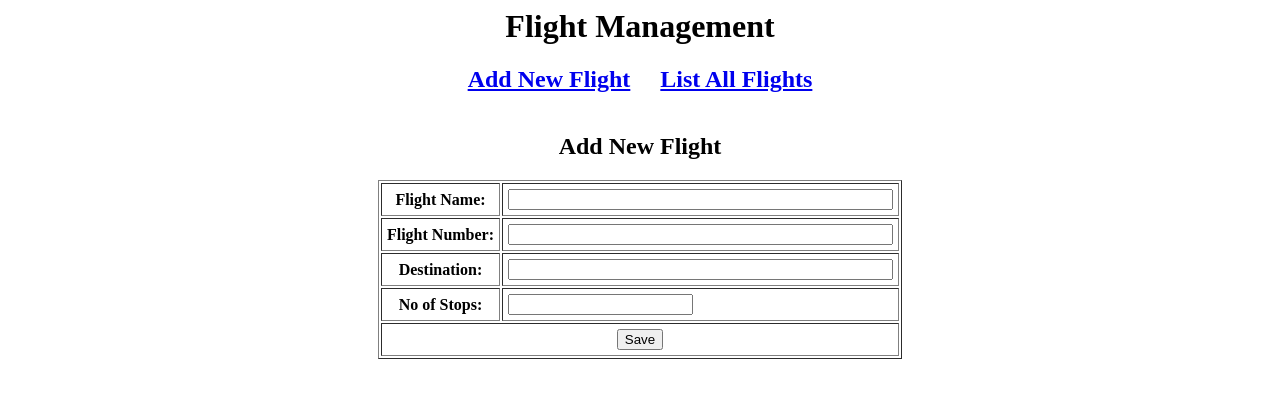
Repository: pawankas/Java_Mini_Project
Page: http://localhost/AirReservation/FlightForm.jsp
An editor plug-in stored every save of this project. The page is shown before and after the next save, followed by the edit.
The browser window is 1280 px wide. The pictures show the whole page.
The page is served by Tomcat 9. The template is opened directly, without the code that normally fills it, so the values that code supplies are empty.

Above is the page before, as saved 2022-03-13 07:17:46.

After the next save:
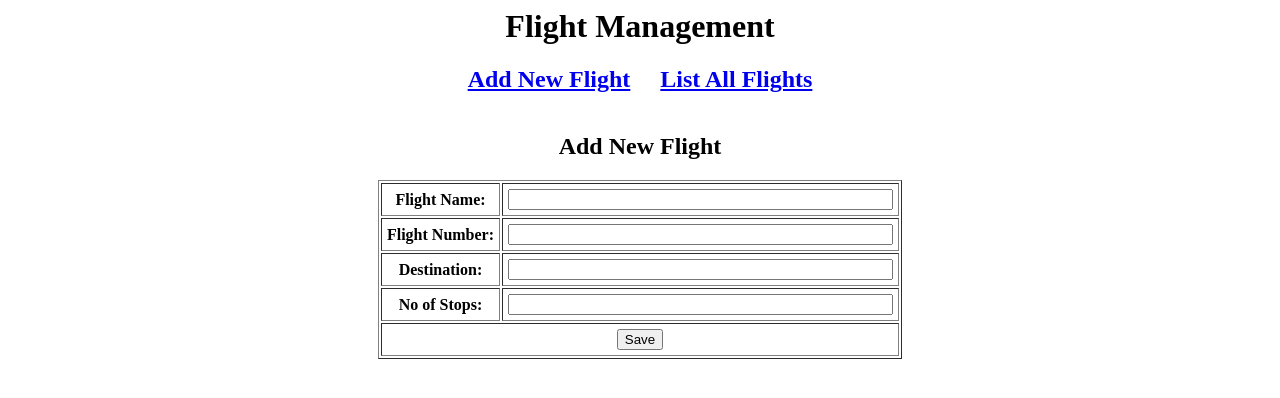
Saved 77 s later.
--- a/final/AirReservation/WebContent/FlightForm.jsp
+++ b/final/AirReservation/WebContent/FlightForm.jsp
@@ -63,7 +63,7 @@
              <tr>
                 <th>No of Stops: </th>
                 <td>
-                    <input type="number" name="noOfStops  " size="45"
+                    <input type="text" name="noOfStops  " size="45"
                             value="<c:out value='${flight.noOfStops}' />"
                     />
                 </td>
